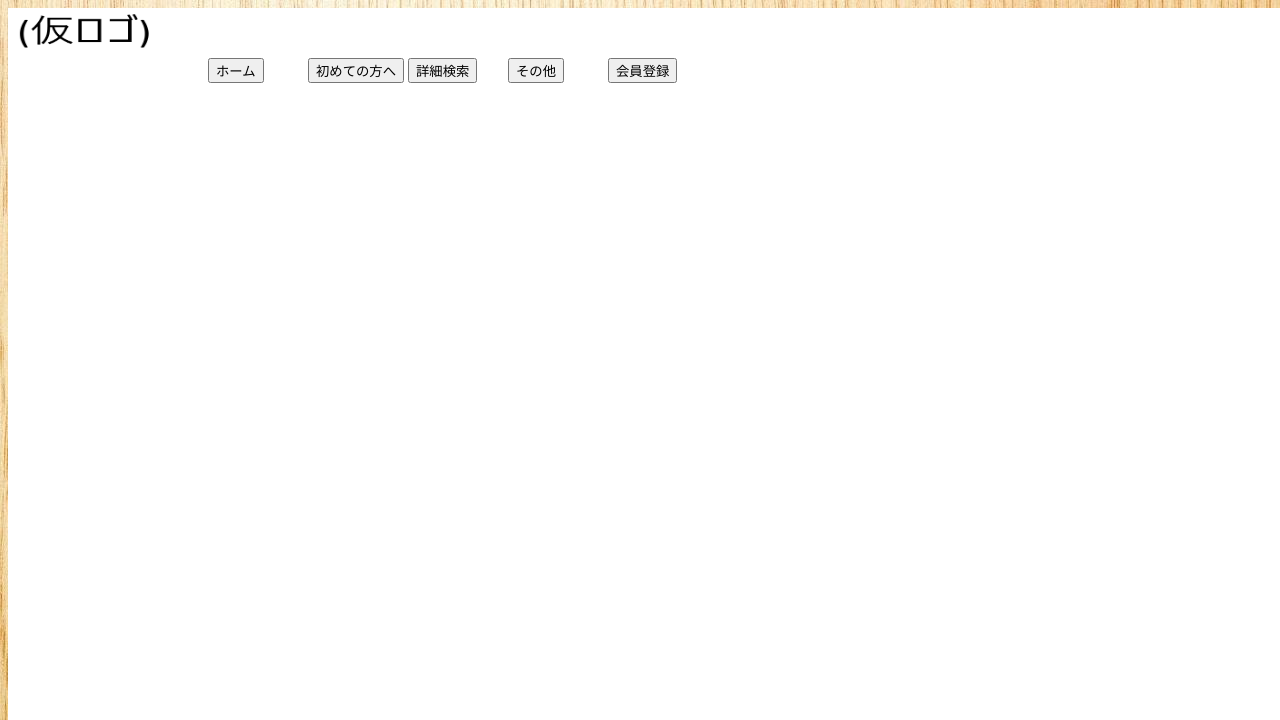
Repository: k0816/backup-master
Page: http://localhost/cycle/includeHeader.jsp
The author's editor kept a copy of each file at every save. The page is drawn from the files as they stood at one save, then again after the next save.
The browser window is 1280 px wide. The pictures show the whole page.
The page is served by Tomcat 9. Other server files are loaded and not shown.

Above is the page before, as saved 2018-01-09 04:53:28.

### cycle/WebContent/includeHeader.jsp
<%@ page language="java" contentType="text/html; charset=UTF-8"
	pageEncoding="UTF-8"%>
<%@ taglib prefix="s" uri="/struts-tags"%>
<!DOCTYPE html PUBLIC "-//W3C//DTD HTML 4.01 Transitional//EN" "http://www.w3.org/TR/html4/loose.dtd">
<html>
<head>
<meta http-equiv="Content-Type" content="text/html; charset=UTF-8">
<title>ヘッダー記述</title>

<style type="text/css">
#header {
	width: 100%;
	height: 1500px;
	background-color: white;
	border-bottom: 3px solid black;
	position: fixed;
}

.botan {
	position:absolute;
	top:50px;
}

#home {
	position:absolute;
	left:200px;
}
#new{
position:absolute;
	left:300px;
}
#search{
position:absolute;
	left:400px;
}
#other{
position:absolute;
	left:500px;
}
#create{
position:absolute;
	left:600px;
}


body {
	background: url("./image/wood.jpg");
}
</style>

</head>
<body>

	<div id="header">
		<img src="image\logotest.jpg" width="150" height="50">

		<div class="botan">

			<div id="home">
				<form action="GoHomeAction">
					<input type="submit" value="ホーム" />
				</form>
			</div>
			<div id="new">
				<form action="ToNewUserAction">
					<input type="submit" value="初めての方へ" />
				</form>
			</div>
			<div id="search">
				<form action="PartySearchAction">
					<input type="submit" value="詳細検索" />
				</form>
			</div>

			<!-- ドロップダウンメニュー実装予定 -->
			<div id="other">
				<input type="submit" value="その他" />
			</div>

			<!-- ログインの右に配置 -->
			<div id="create">
				<form action="UserCreateAction">
					<input type="submit" value="会員登録" />
				</form>
			</div>


		</div>
	</div>

<br><br><br><br>


</body>
</html>

After the next save:
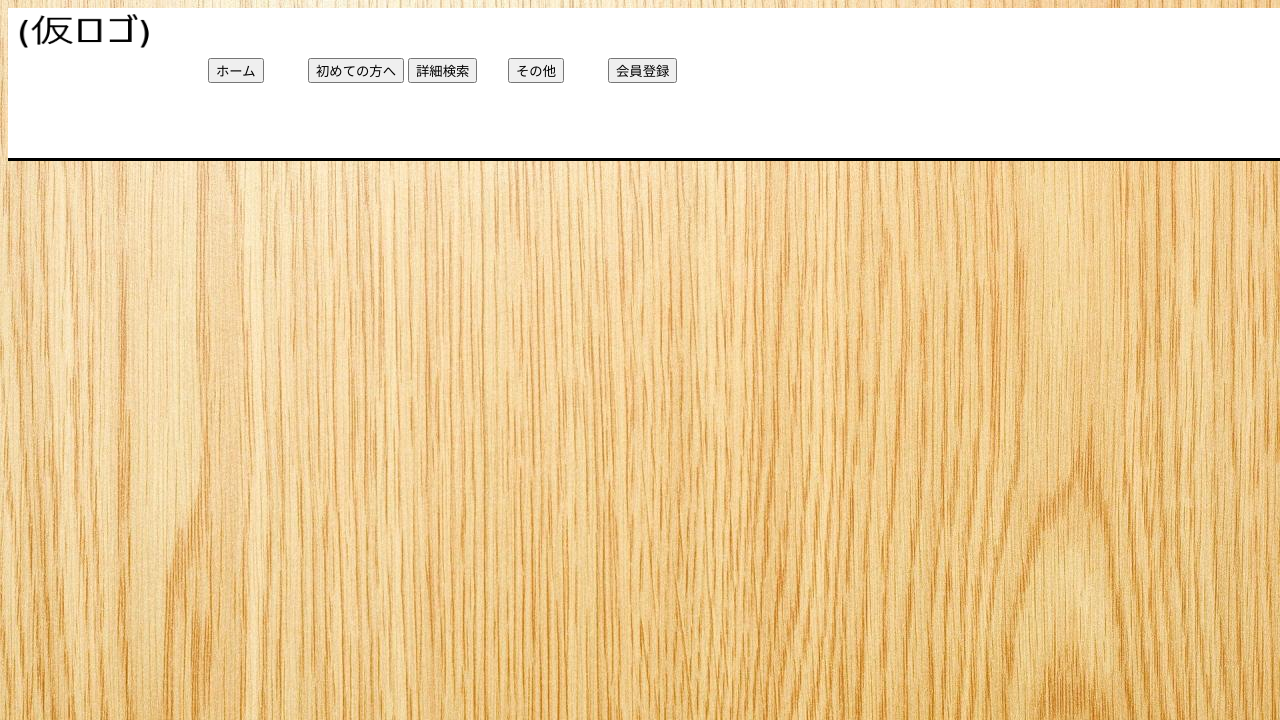
Saved 35 s later.
--- a/cycle/WebContent/includeHeader.jsp
+++ b/cycle/WebContent/includeHeader.jsp
@@ -10,7 +10,7 @@
 <style type="text/css">
 #header {
 	width: 100%;
-	height: 1500px;
+	height: 150px;
 	background-color: white;
 	border-bottom: 3px solid black;
 	position: fixed;
